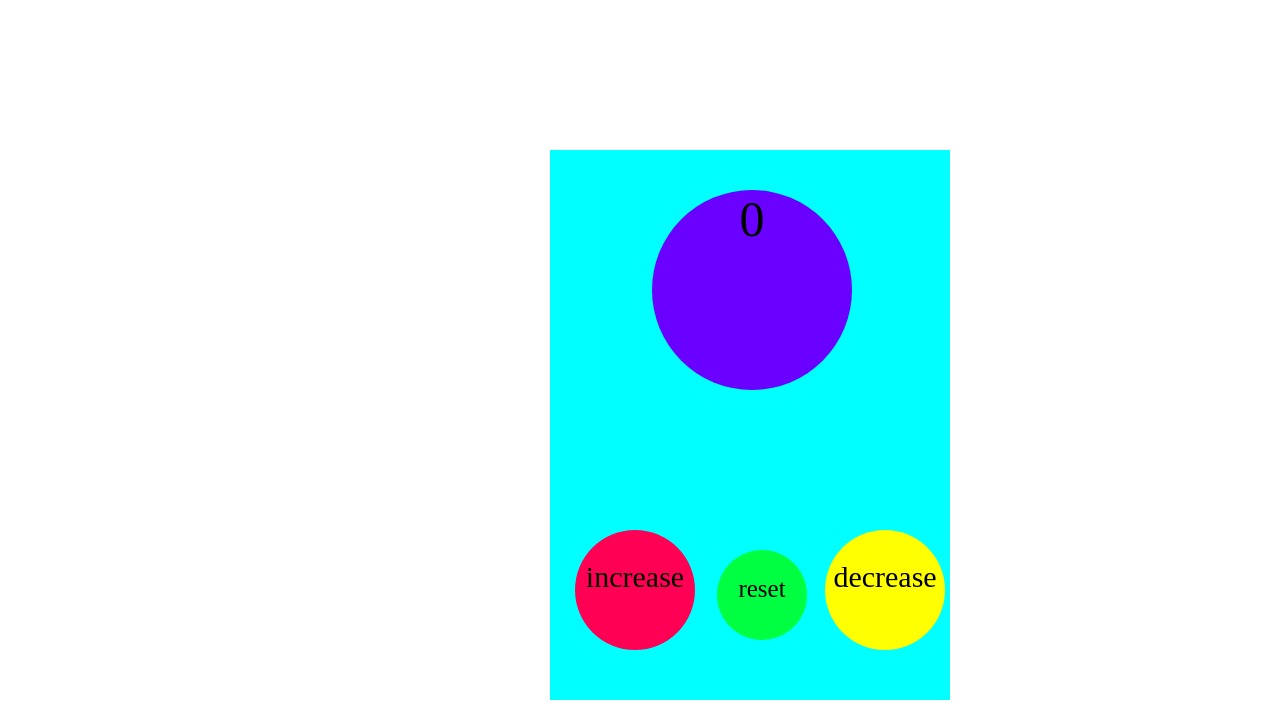
Repository: sara55m/Counter_App
Page: index.html
An editor plug-in stored every save of this project. The page is shown before and after the next save, followed by the edit.
The browser window is 1280 px wide. The pictures show the whole page.

Above is the page before, as saved 2024-07-30 03:42:37.

After the next save:
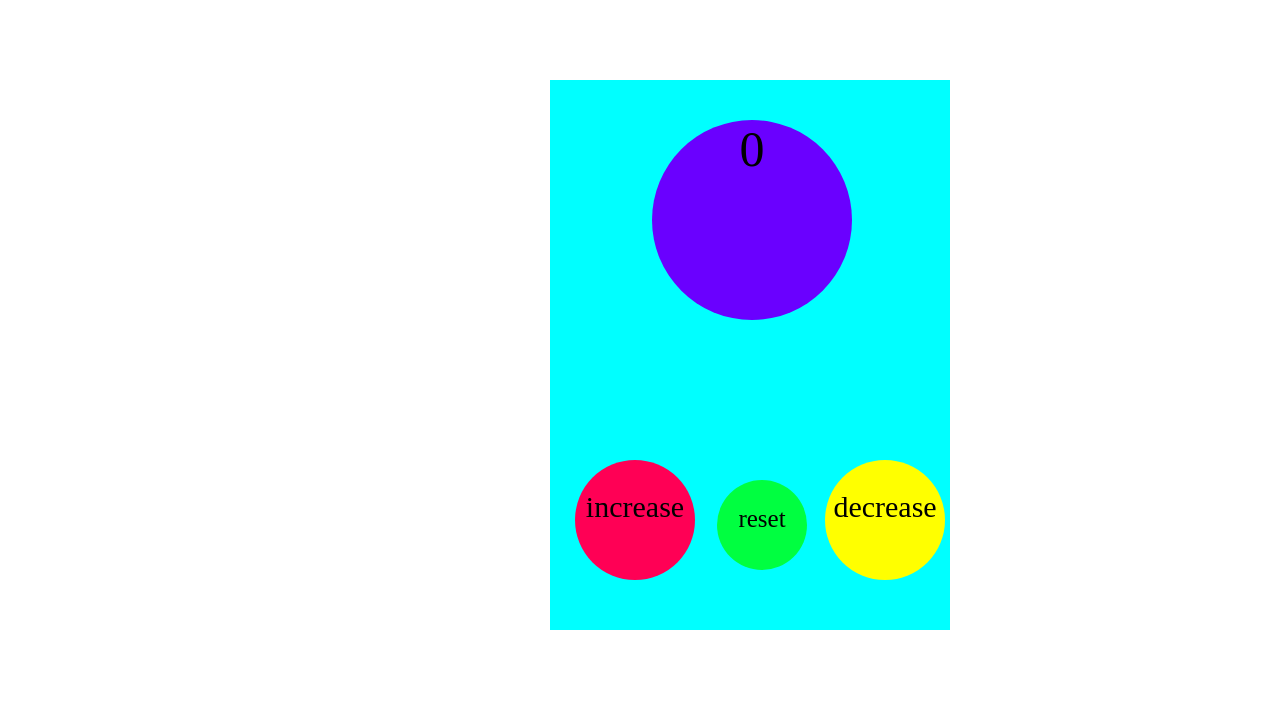
Saved 28 s later.
--- a/css/style.css
+++ b/css/style.css
@@ -1,6 +1,6 @@
 .container{
     position: absolute;
-    top:150px;
+    top:80px;
     left:550px;
     height:550px;
     width:400px;
